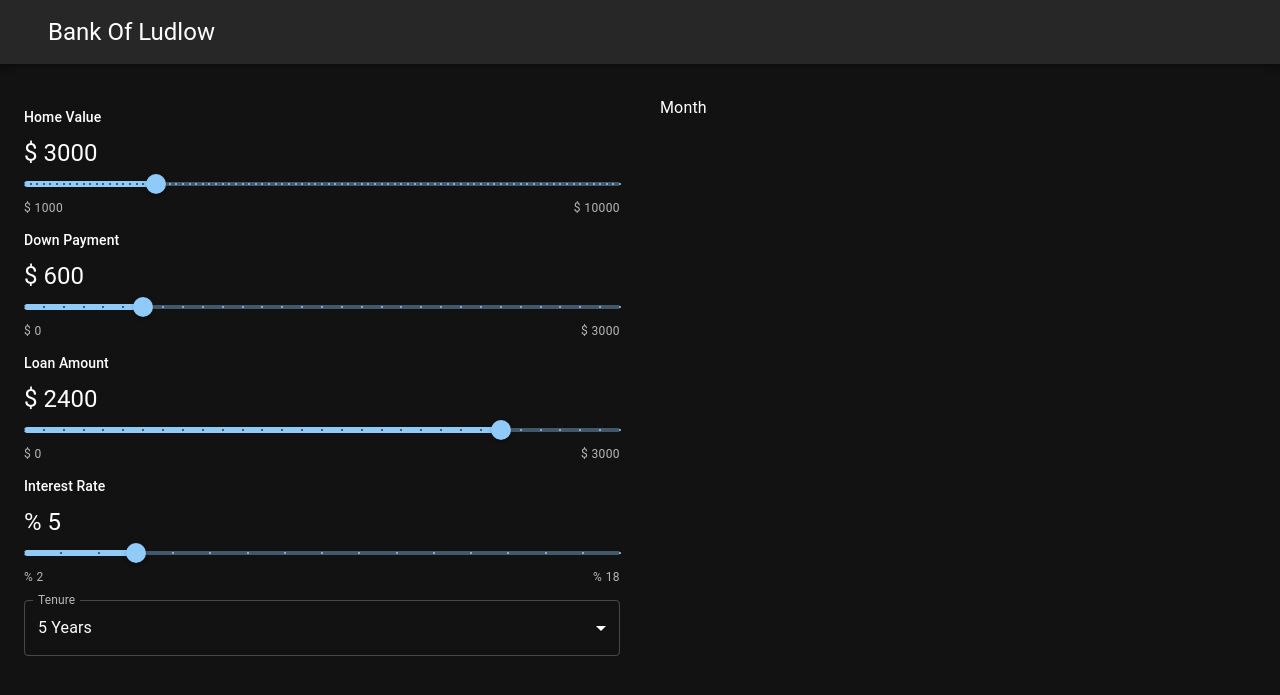
Repository: MikeeBuilds/mortgage-calculator
Page: /
The author's editor kept a copy of each file at every save. The page is drawn from the files as they stood at one save, then again after a run of saves.
The browser window is 1280 px wide. The pictures show the whole page.
The project was rebuilt for these pictures with package versions that can differ from the ones it lists, and the page was loaded fresh each time.

Above is the page before, as saved 2023-04-04 18:35:18.

### src/index.js
import React from 'react';
import ReactDOM from 'react-dom/client';
import  CssBaseline  from '@mui/material/CssBaseline';
import { ThemeProvider, createTheme } from '@mui/material/styles';
import App from './App';
import reportWebVitals from './reportWebVitals';
import { theme } from './theme';

const root = ReactDOM.createRoot(document.getElementById('root'));
root.render(
  <React.StrictMode>
    <ThemeProvider theme={theme}>
      <CssBaseline />
    <App />
    </ThemeProvider>
  </React.StrictMode>
);

// If you want to start measuring performance in your app, pass a function
// to log results (for example: reportWebVitals(console.log))
// or send to an analytics endpoint. Learn more: https://bit.ly/CRA-vitals
reportWebVitals();

### src/App.js
import { useState } from "react";
import { Container, Grid } from "@mui/material";
import Navbar from "./components/Navbar";
import Result from "./components/Result";
import SliderSelect from "./components/SliderSelect";
import TenureSelect from "./components/TenureSelect";


function App() {


  const [data, setData] = useState(
    {
      homeValue: 3000,
      downPayment: 3000 * 0.2,
      loanAmount: 3000 * 0.8,
      loanTerm: 5,
      interestRate: 5,
    });

  return (
    <div className="App">
      <Navbar />
      <Container maxWidth="xl" sx={{ marginTop: 4 }}>
        <Grid container spacing={5}>

          <Grid item xs={12} md={6}>
            <SliderSelect data={data} setData={setData} />
            <TenureSelect data={data} setData={setData} />
          </Grid>
          <Grid item xs={12} md={6}>
            <Result data={data} />

          </Grid>

        </Grid>
      </Container>
    </div>
  );
}

export default App;

### src/theme.js
import {  createTheme } from "@mui/material/styles";

export const theme = createTheme({
    palette: {
        mode: "dark",
    },
    typography: {
        h1: {

        },
    },
});

### src/components/Navbar.js
import React from 'react'
import AppBar from '@mui/material/AppBar'
import ToolBar from '@mui/material/Toolbar'
import Typography from '@mui/material/Typography'
import Container from '@mui/material/Container'

const Navbar = () => {
  return (
    <AppBar position="static">
      <Container maxWidth='xl'>
        <ToolBar>
            <Typography variant="h5" component="div" sx={{ flexGrow: 1 }}>
                Bank Of Ludlow
            </Typography>
        </ToolBar>
      </Container>
    </AppBar>
  )
}

export default Navbar

### src/components/Result.js
import { Stack, Typography } from '@mui/material';
import React from 'react'

const Result = ({data}) => {

  const {homeValue, downPayment, loanAmount, loanTerm, interestRate} = data;

  const totalLoanMonths = loanTerm * 12; // 60 months = 5 years
  const interestPerMonth = interestRate / 100 / 12; // 100 @ 12% for 1 year

  const monthlyPayment =
    (loanAmount *
      interestPerMonth *
      (1 + interestPerMonth) ** totalLoanMonths) /
    ((1 + interestPerMonth) ** totalLoanMonths - 1);

  const totalInterestGenerated = monthlyPayment * totalLoanMonths - loanAmount;


  return (
    <Stack>
      <Typography>
        Month
      </Typography>
    </Stack>
  )
}

export default Result

### src/components/SliderSelect.js
import React, { Fragment } from "react";
import SliderComponent from "./common/SliderComponent";

const SliderSelect = ({ data, setData }) => {
  const bank_limit = 10000;
  return (
    <>
      <SliderComponent
        label="Home Value"
        min={1000}
        max={bank_limit}
        defaultValue={data.homeValue}
        value={data.homeValue}
        step={100}
        onChange={(e, value) =>
          setData({
            ...data,
            downPayment: value * 0.2,
            loanAmount: value * 0.8,
            homeValue: value,
          })
        }
        unit="$"
        amount={data.homeValue}
      />
      <SliderComponent
        label="Down Payment"
        min={0}
        max={data.homeValue}
        defaultValue={data.downPayment}
        value={data.downPayment}
        step={100}
        onChange={(e, value) => setData({
            ...data,
            loanAmount: (data.homeValue - value),
            downPayment: value
          })
        }
        unit={"$"}
        amount={data.downPayment}
      />
      <SliderComponent
        label="Loan Amount"
        min={0}
        max={data.homeValue}
        defaultValue={data.loanAmount}
        value={data.loanAmount}
        step={100}
        onChange={(e, value) => setData({
            ...data,
            downPayment: (data.homeValue - value),
            loanAmount: value
        })}
        unit={"$"}
        amount={data.loanAmount}
      />
      <SliderComponent
        label="Interest Rate"
        min={2}
        max={18}
        defaultValue={data.interestRate}
        value={data.interestRate}
        step={1}
        onChange={(e, value) => setData({
            ...data,
            interestRate: value
        })}
        unit="%"
        amount={data.interestRate}
      />
    </>
  );
};

export default SliderSelect;

### src/components/TenureSelect.js
import * as React from 'react'
import Box from '@mui/material/Box'
import FormControl from '@mui/material/FormControl'
import InputLabel from '@mui/material/InputLabel'
import MenuItem from '@mui/material/MenuItem'
import Select from '@mui/material/Select'



const TenureSelect = ({ data, setData }) => {

  const handleChange = (event) => {
    setData({
      ...data,
      loanTerm: event.target.value,
    });
  };

  return (
    <FormControl fullWidth>
      <InputLabel id='demo-simple-select-label'>Tenure</InputLabel>
      <Select
        labelId='demo-simple-select-label'
        id='demo-simple-select'
        value={data.loanTerm}
        label='Tenure'
        onChange={handleChange}
      >
        <MenuItem value={5}>5 Years</MenuItem>
        <MenuItem value={10}>10 Years</MenuItem>
        <MenuItem value={15}>15 Years</MenuItem>
        <MenuItem value={20}>20 Years</MenuItem>
        <MenuItem value={25}>25 Years</MenuItem>
      </Select>
    </FormControl>
  )
}

export default TenureSelect

### src/components/common/SliderComponent.js
import React from 'react'
import Slider from '@mui/material/Slider'
import { Stack, Typography } from '@mui/material'

const SliderComponent = ({ defaultValue, min, max, step, onChange, value, label, unit, amount }) => {
  return (
  <Stack my={1.4}>
    <Stack gap={1}>
      <Typography variant='subtitle2'>{label}</Typography>
      <Typography variant='h5'>{unit} {amount}</Typography>
    </Stack>

    <Slider
      defaultValue={defaultValue}
      min={min} max={max}
      aria-label='Default'
      valueLabelDisplay='auto'
      marks
      step={step}
      onChange={onChange}
      value={value}
      />
      <Stack direction='row' justifyContent='space-between'>
    <Typography variant='caption' color='text.secondary'>{unit} {min}</Typography>
    <Typography variant='caption' color='text.secondary'>{unit} {max}</Typography>
      </Stack>

  </Stack>
  )
}

export default SliderComponent

Loaded but not shown: public/index.html (common file); src/reportWebVitals.js (common file)

After the next 3 saves:
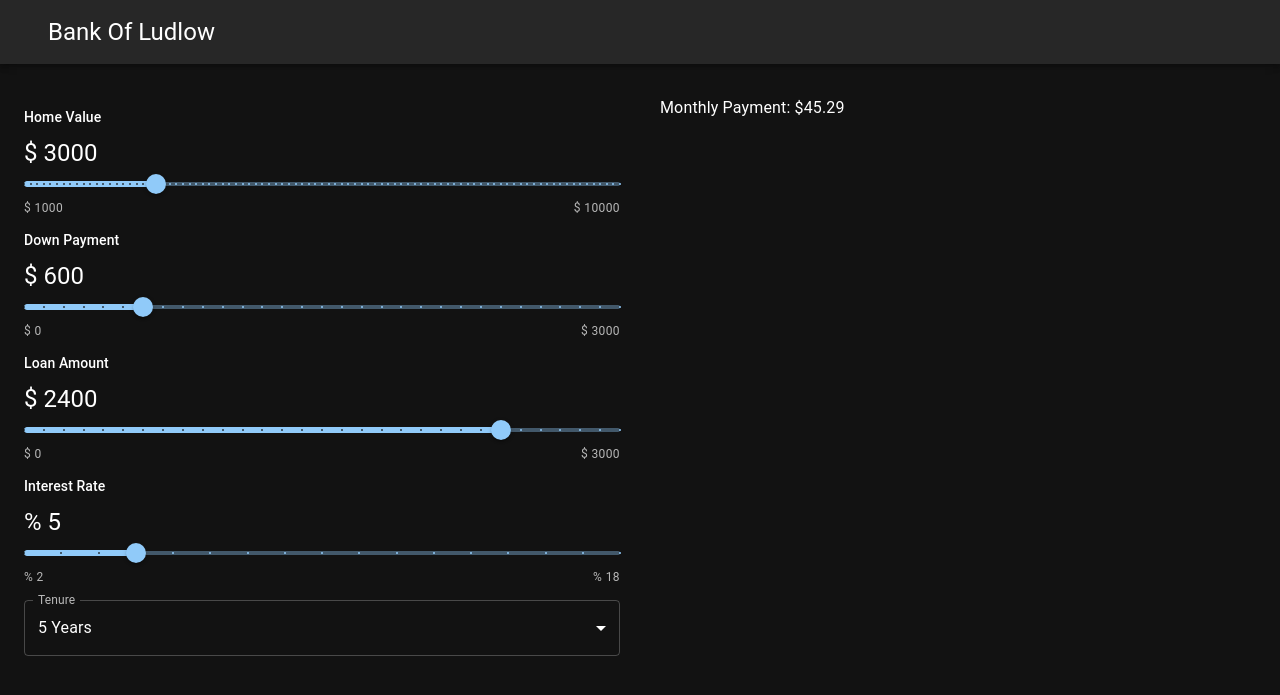
The 3 saves are shown as one change because they came seconds apart.
The last was saved 8 s later.
--- a/src/components/Result.js
+++ b/src/components/Result.js
@@ -20,7 +20,7 @@ const Result = ({data}) => {
   return (
     <Stack>
       <Typography>
-        Month
+        Monthly Payment: ${monthlyPayment.toFixed(2)}
       </Typography>
     </Stack>
   )
